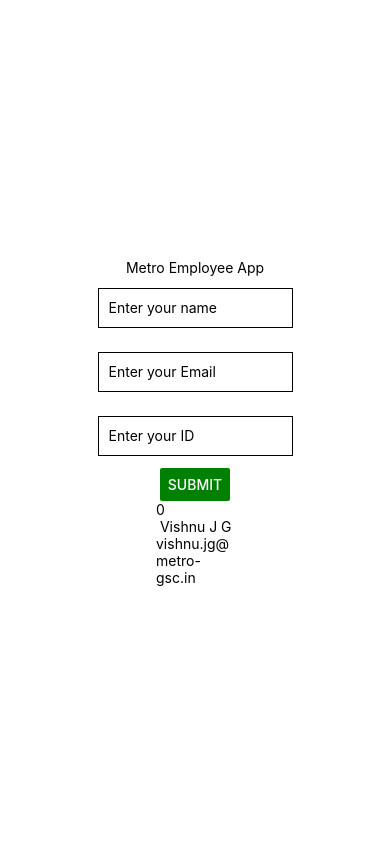
Repository: VishnuJG/Metro-Employee-App
Screen: /
An editor plug-in stored every save of this project. The screen is shown before and after a run of saves, followed by the edit.
The app was drawn by React Native's web renderer in a window 390 px wide. The project was rebuilt for these pictures with package versions that can differ from the ones it lists, and the page was loaded fresh each time. Some packages were replaced by stand-ins written for this rebuild.

Above is the screen before, as saved 2022-06-28 13:52:54.

After the next 2 saves:
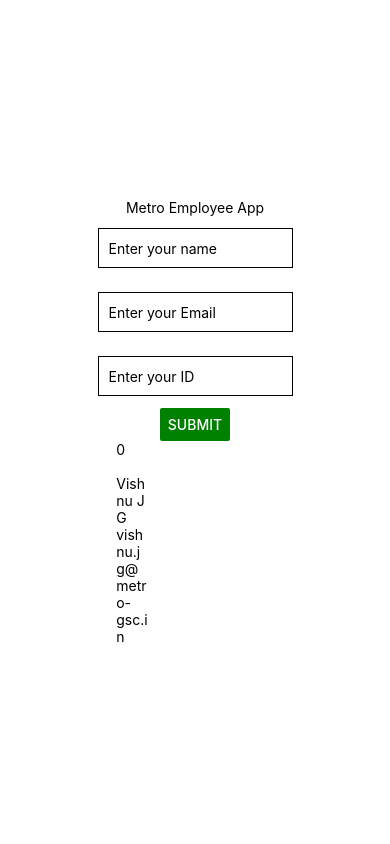
The 2 saves are shown as one change because they came seconds apart.
The last was saved 7 s later.
--- a/App.js
+++ b/App.js
@@ -65,9 +65,9 @@ export default function App() {
           color="green"
           onPress={onSubmit}
           />
-        <View></View>
+        <View>
         {emp.map((newid)=>(<Task key={newid.id} ename={newid.name} eid={newid.id} eemail={newid.email}/>))}
-
+        </View>
     </View>
   );
 }
